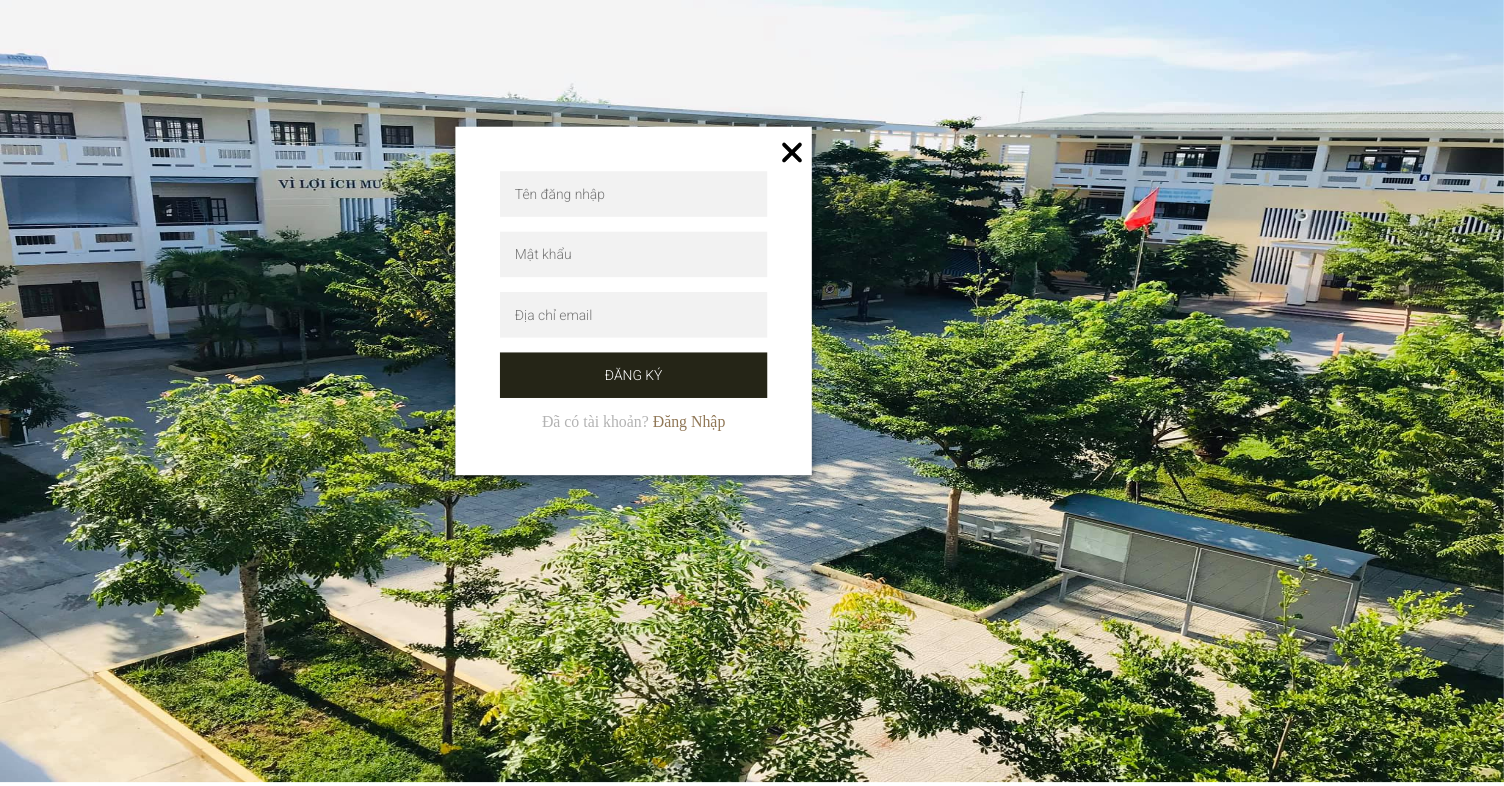
Repository: dphasst17/THPTVCC
Page: login.html
These files come from the project's save history. The page is drawn as it stood at one moment and after the next save; the edit follows.
The browser window is 1280 px wide. The page is 1519 px wide, so the pictures cover 1519 px, including what lies to the right of the window. The pictures show the whole page, at 99% of full size.
Some web libraries are served in a nearby version.

Above is the page before, as saved 2022-10-02 20:23:42.

After the next save:
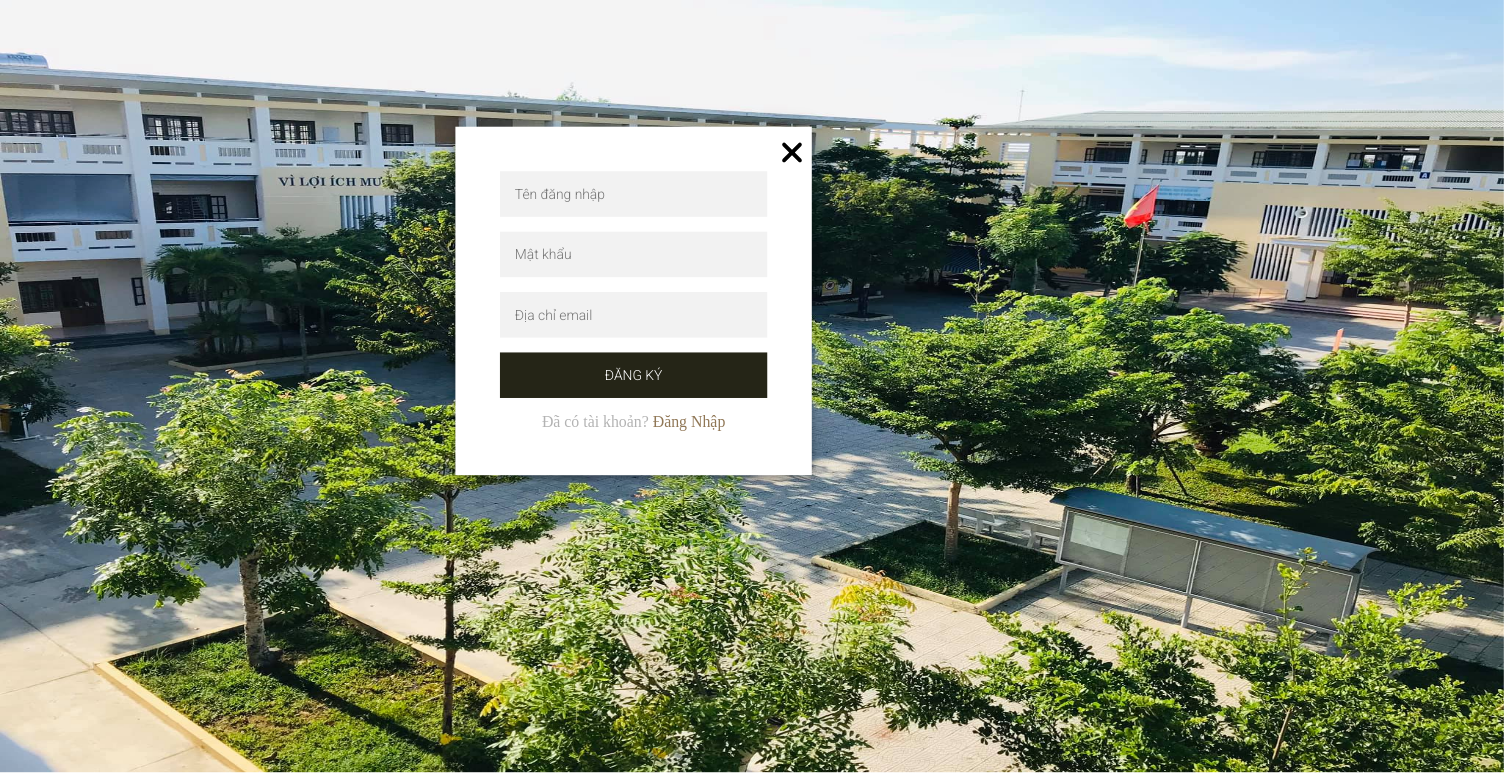
Saved 5 s later.
--- a/login.css
+++ b/login.css
@@ -10,7 +10,7 @@ body{
 }
 .background img{
   width:1519px;
-  height:790px;
+  height:780px;
 }
 .close{
   width:20px;
